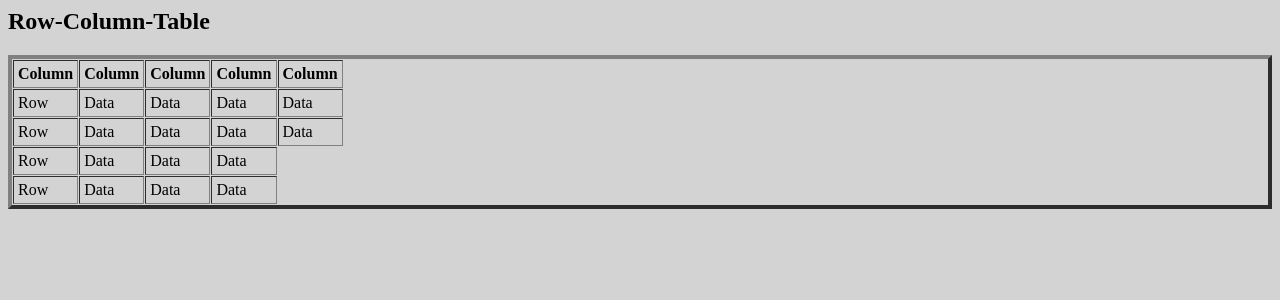
Repository: AdityaTech-Pro/FullStackWithBridgelabz
Page: Assignment2/table/index.html
An editor plug-in stored every save of this project. The page is shown before and after a run of saves, followed by the edit.
The browser window is 1280 px wide. The pictures show the whole page.

Above is the page before, as saved 2025-10-15 08:51:57.

After the next 3 saves:
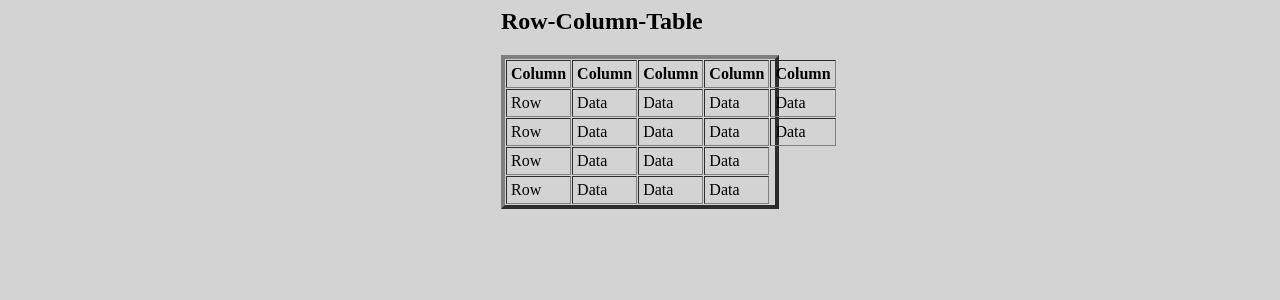
The 3 saves are shown as one change because they came seconds apart.
The last was saved 17 s later.
--- a/Assignment2/table/index.html
+++ b/Assignment2/table/index.html
@@ -13,8 +13,8 @@
         .center {
             display: block;
             margin-left: auto;
-            <--margin-right: auto;
-            -->- width: 22%;
+            margin-right: auto;
+            width: 22%;
         }
     </style>
 
